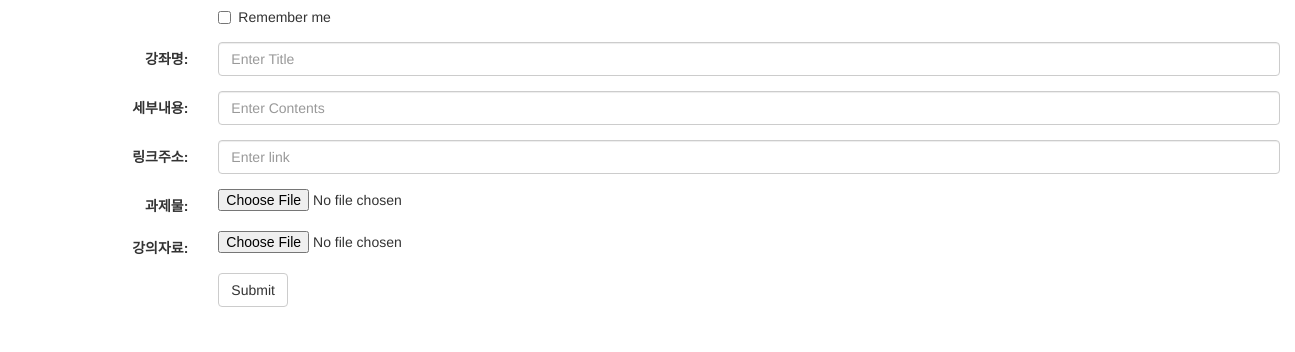
Repository: akacanet87/4pweather_final
Page: http://localhost/MinSsaem/lecture/registlecture.jsp
The author's editor kept a copy of each file at every save. The page is drawn from the files as they stood at one save, then again after the next save.
The browser window is 1280 px wide. The page is 1295 px wide, so the pictures cover 1295 px, including what lies to the right of the window. The pictures show the whole page.
The page is served by Tomcat 9. Other server files are loaded and not shown.

Above is the page before, as saved 2016-10-30 19:11:11.

### MinSsaem/WebContent/lecture/registlecture.jsp
<%@ page language="java" contentType="text/html; charset=UTF-8"
	pageEncoding="UTF-8"%>
<!DOCTYPE html>
<html>
<head>
<meta http-equiv="Content-Type" content="text/html; charset=UTF-8">
<title>Insert title here</title>

<!-- Latest compiled and minified CSS -->
<link rel="stylesheet"
	href="https://maxcdn.bootstrapcdn.com/bootstrap/3.3.7/css/bootstrap.min.css">

<!-- jQuery library -->
<script
	src="https://ajax.googleapis.com/ajax/libs/jquery/1.12.4/jquery.min.js"></script>

<!-- Latest compiled JavaScript -->
<script
	src="https://maxcdn.bootstrapcdn.com/bootstrap/3.3.7/js/bootstrap.min.js"></script>


</head>
<body>

	<form class="form-horizontal" name="form1" method="post">

		<div class="form-group">
			<div class="col-sm-offset-2 col-sm-10">
				<div class="checkbox">
					<label><input type="checkbox"> Remember me</label>
				</div>
			</div>
		</div>

		<div class="form-group">
			<label class="control-label col-sm-2" for="title">강좌명:</label>
			<div class="col-sm-10">
				<input type="title" class="form-control" id="title" name="title"
					placeholder="Enter Title">
			</div>
		</div>
		<div class="form-group">
			<label class="control-label col-sm-2" for="content">세부내용:</label>
			<div class="col-sm-10">
				<input type="content" class="form-control" id="content"
					name="content" placeholder="Enter Contents">
			</div>
		</div>

		<div class="form-group">
			<label class="control-label col-sm-2" for="link">링크주소:</label>
			<div class="col-sm-10">
				<input type="link" class="form-control" id="link" name="link"
					placeholder="Enter link">
			</div>
		</div>

		<div class="form-group">
			<label class="control-label col-sm-2" for="homework">과제물:</label>
			<div class="col-sm-10">
				<input type="file" id="homework" name="homework"
					placeholder="Regist homework">
			</div>
		</div>

		<div class="form-group">
			<label class="control-label col-sm-2" for="lecturefile">강의자료:</label>
			<div class="col-sm-10">
				<input type="file" id="lecturefile" name="lecturefile"
					placeholder="Regist LectureFile">
			</div>
		</div>

		<div class="form-group">
			<div class="col-sm-offset-2 col-sm-10">
				<button class="btn btn-default" onClick="regist()">Submit</button>
			</div>
		</div>
	</form>

</body>
</html>

After the next save:
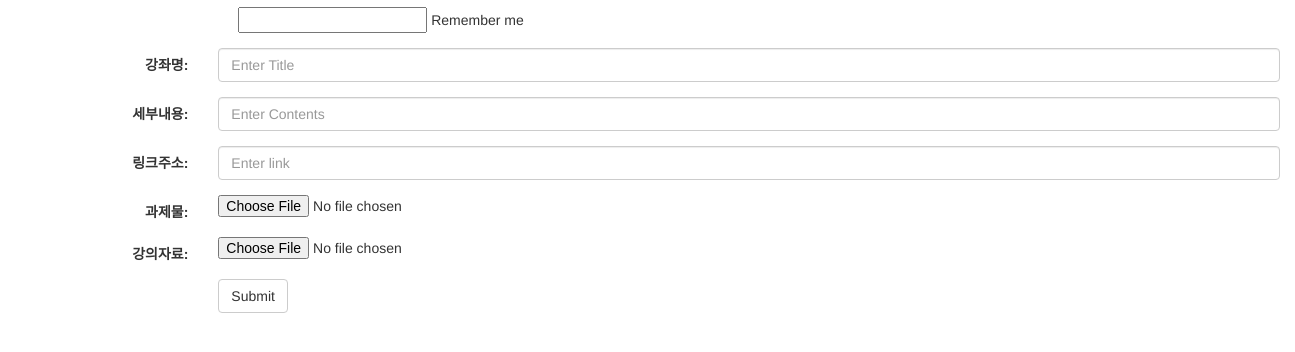
Saved 27 s later.
--- a/MinSsaem/WebContent/lecture/registlecture.jsp
+++ b/MinSsaem/WebContent/lecture/registlecture.jsp
@@ -27,7 +27,7 @@
 		<div class="form-group">
 			<div class="col-sm-offset-2 col-sm-10">
 				<div class="checkbox">
-					<label><input type="checkbox"> Remember me</label>
+					<label><input type="choice"> Remember me</label>
 				</div>
 			</div>
 		</div>
@@ -39,6 +39,7 @@
 					placeholder="Enter Title">
 			</div>
 		</div>
+
 		<div class="form-group">
 			<label class="control-label col-sm-2" for="content">세부내용:</label>
 			<div class="col-sm-10">

After the 4 saves that followed:
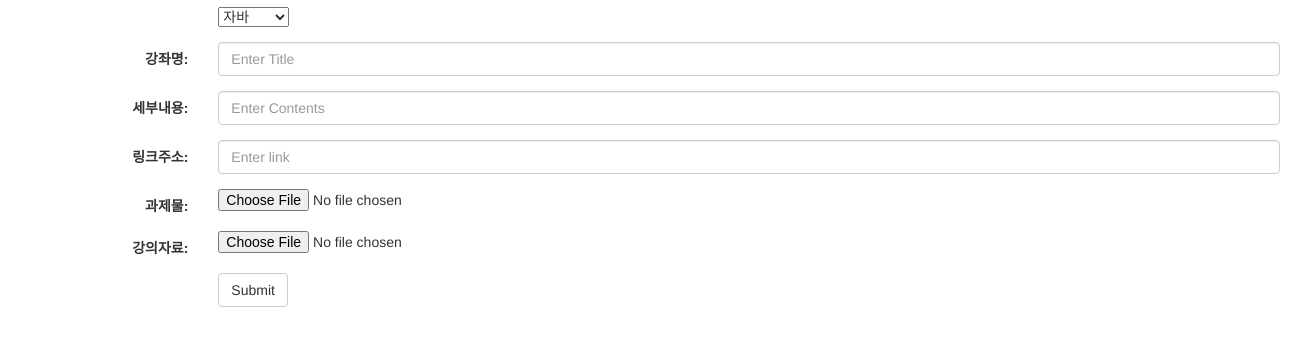
The 4 saves are shown as one change because 3 left the picture as it was.
The last was saved 2 min 46 s later.
--- a/MinSsaem/WebContent/lecture/registlecture.jsp
+++ b/MinSsaem/WebContent/lecture/registlecture.jsp
@@ -27,7 +27,13 @@
 		<div class="form-group">
 			<div class="col-sm-offset-2 col-sm-10">
 				<div class="checkbox">
-					<label><input type="choice"> Remember me</label>
+					<select>
+						<option>자바</option>
+						<option>JSP</option>
+						<option>IOS</option>
+						<option>Android</option>
+						<option>IOT</option>
+					</select>
 				</div>
 			</div>
 		</div>
